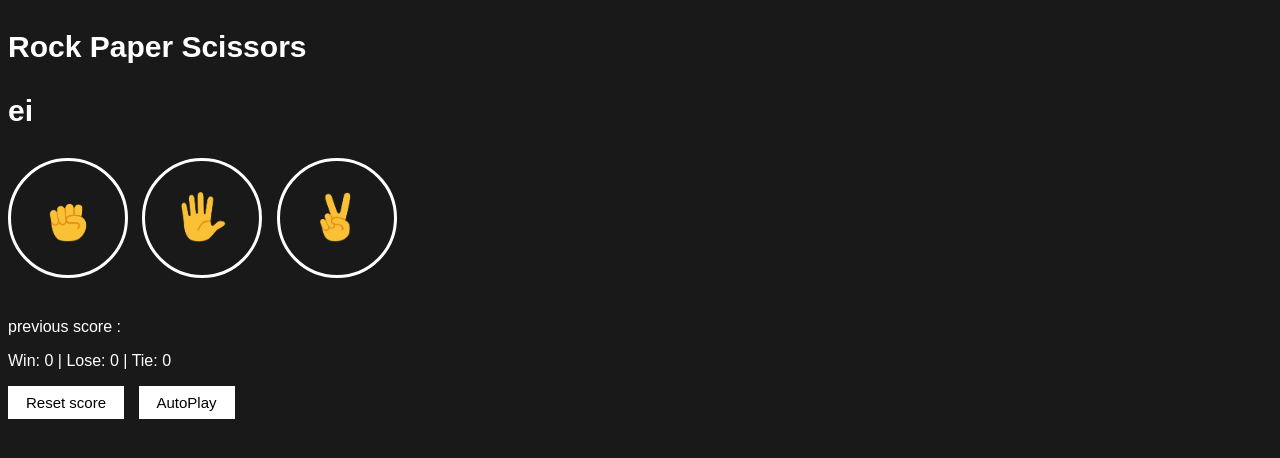
Repository: Gaurav124937/javascript
Page: html/08-rock-paper-scissors-evetlistner.html
An editor plug-in stored every save of this project. The page is shown before and after a run of saves, followed by the edit.
The browser window is 1280 px wide. The pictures show the whole page.

Above is the page before, as saved 2026-04-06 21:35:51.

After the next 3 saves:
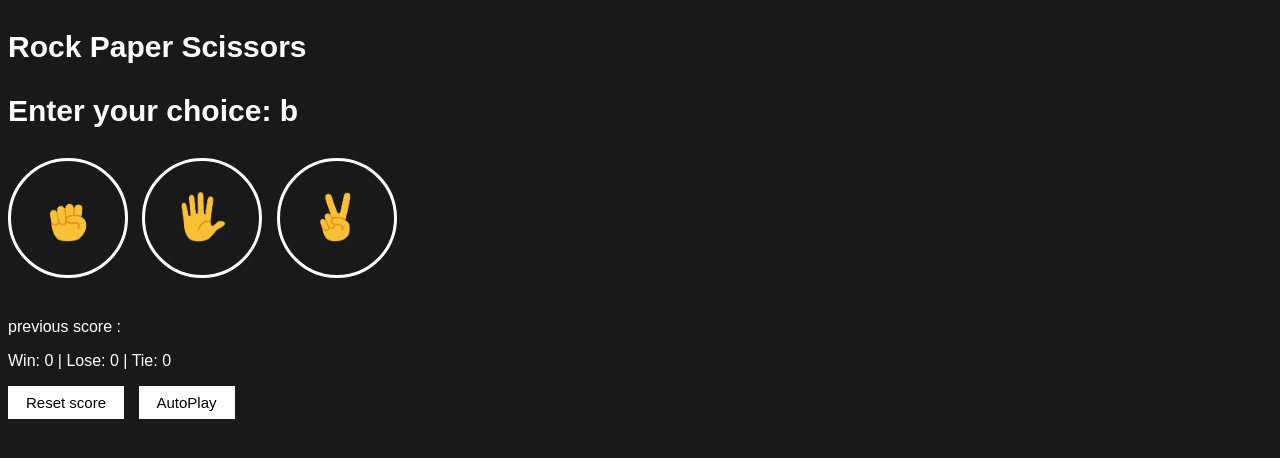
The 3 saves are shown as one change because they came seconds apart.
The last was saved 10 s later.
--- a/html/08-rock-paper-scissors-evetlistner.html
+++ b/html/08-rock-paper-scissors-evetlistner.html
@@ -12,7 +12,7 @@
 
 <body>
     <p class="title">Rock Paper Scissors</p>
-    <p class="title">ei</p>
+    <p class="title">Enter your choice: b</p>
     <button  class="game-button rock-button">
         <img src="../images/rock-emoji.png" class="button-emoji"></button>
     <button  class="game-button paper-button">
